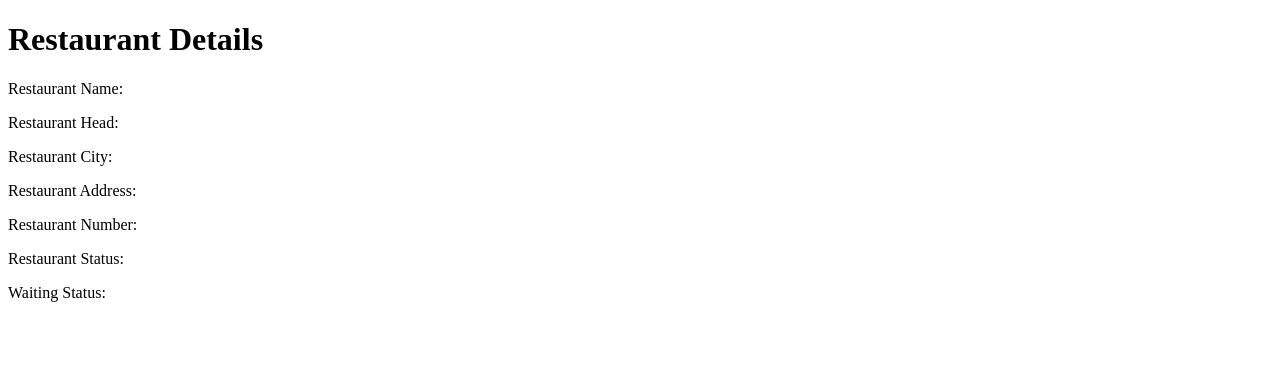
Repository: MeGuuuun/-_TableJava
Page: http://localhost/kimbanbagi/restaurantDetail.jsp
The author's editor kept a copy of each file at every save. The page is drawn from the files as they stood at one save, then again after the next save.
The browser window is 1280 px wide. The pictures show the whole page.
The page is served by Tomcat 10. Other server files are loaded and not shown. The template is opened directly, without the code that normally fills it, so the values that code supplies are empty.

Above is the page before, as saved 2024-06-03 09:46:14.

### tableJava/kimbanbagi/WebContent/restaurantDetail.jsp
<%@ page language="java" contentType="text/html; charset=UTF-8"
    pageEncoding="UTF-8"%>
<!DOCTYPE html>
<html>
<head>
<meta charset="UTF-8">
<title>Insert title here</title>
</head>
<body>
	<form method="post" action="restaurantDetail"></form>
	<h1>Restaurant Details</h1>
  <p>Restaurant Name: ${restaurant.r_name}</p>
  <p>Restaurant Head: ${restaurant.r_head}</p>
  <p>Restaurant City: ${restaurant.r_city}</p>
  <p>Restaurant Address: ${restaurant.r_address}</p>
  <p>Restaurant Number: ${restaurant.r_number}</p>
  <p>Restaurant Status: ${restaurant.r_status}</p>
  <p>Waiting Status: ${restaurant.w_status}</p>
</body>
</html>

After the next save:
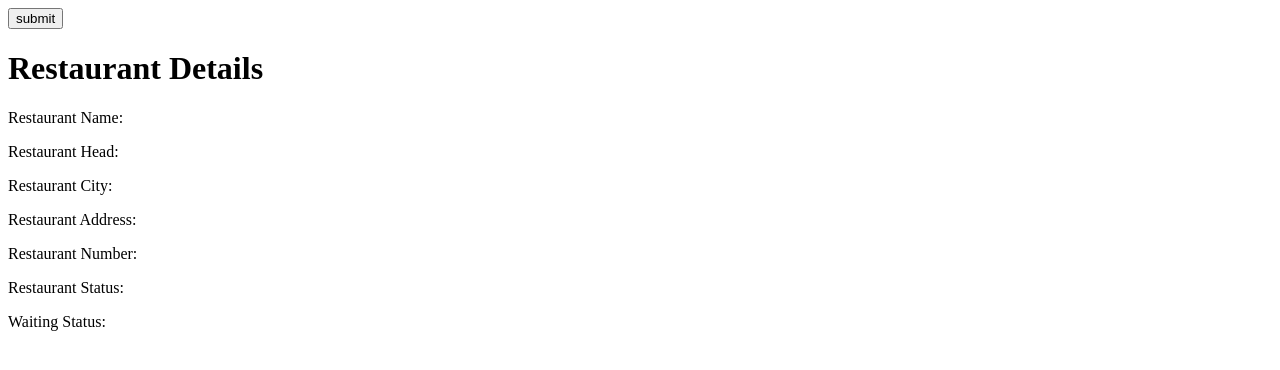
Saved 13 s later.
--- a/tableJava/kimbanbagi/WebContent/restaurantDetail.jsp
+++ b/tableJava/kimbanbagi/WebContent/restaurantDetail.jsp
@@ -7,7 +7,9 @@
 <title>Insert title here</title>
 </head>
 <body>
-	<form method="post" action="restaurantDetail"></form>
+	<form method="post" action="restaurantDetail">
+		<input type="submit" value="submit">
+	</form>
 	<h1>Restaurant Details</h1>
   <p>Restaurant Name: ${restaurant.r_name}</p>
   <p>Restaurant Head: ${restaurant.r_head}</p>
